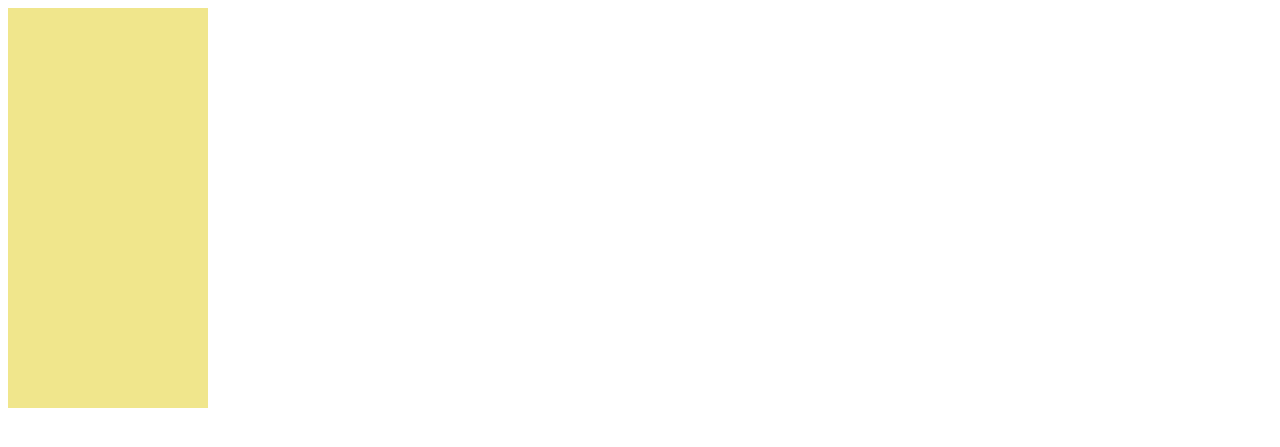
Repository: xzm1997/huntjob
Page: 面试/常见问题/practice/practice_2.html
An editor plug-in stored every save of this project. The page is shown before and after the next save, followed by the edit.
The browser window is 1280 px wide. The pictures show the whole page.

Above is the page before, as saved 2022-06-14 08:57:32.

### 面试/常见问题/practice/practice_2.html
<!DOCTYPE html>
<html lang="en">
<head>
    <meta charset="UTF-8">
    <meta http-equiv="X-UA-Compatible" content="IE=edge">
    <meta name="viewport" content="width=device-width, initial-scale=1.0">
    <title>双飞翼</title>
    <style>
        .content {
            width:100%;
            float:left;
        }
        .middle {
            height:400px;
            margin-left: 210px;
        }
        .left {
            height:400px;
            width: 200px;
            background: khaki;
            float: left;
            margin-left:-100%;
        }
        .right {

        }
    </style>
</head>
<body>
    <div class="content">
        <div class="middle"></div>
    </div>
    <div class="left"></div>
    <div class="right"></div>
</body>
</html>

After the next save:
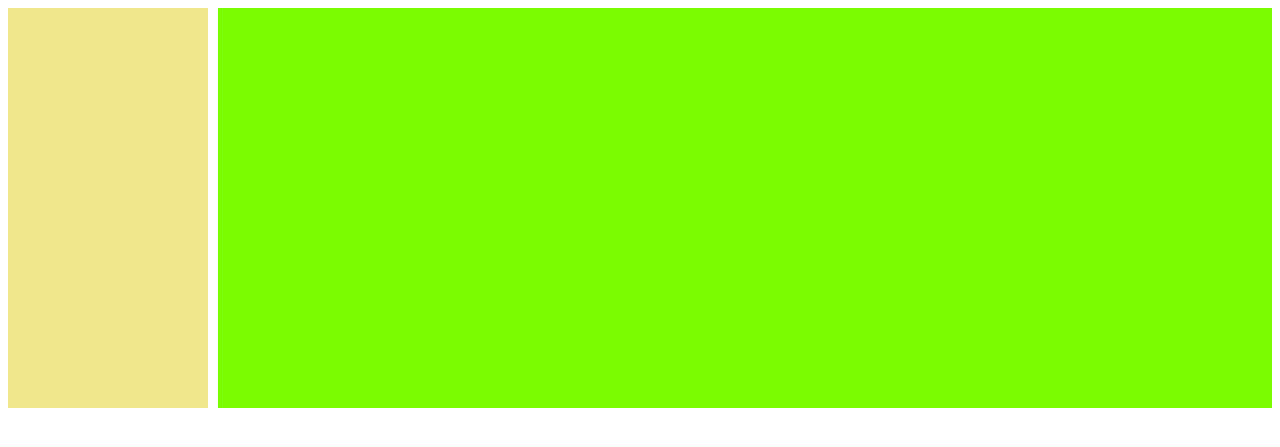
Saved 9 s later.
--- a/面试/常见问题/practice/practice_2.html
+++ b/面试/常见问题/practice/practice_2.html
@@ -13,6 +13,7 @@
         .middle {
             height:400px;
             margin-left: 210px;
+            background: lawngreen;
         }
         .left {
             height:400px;
